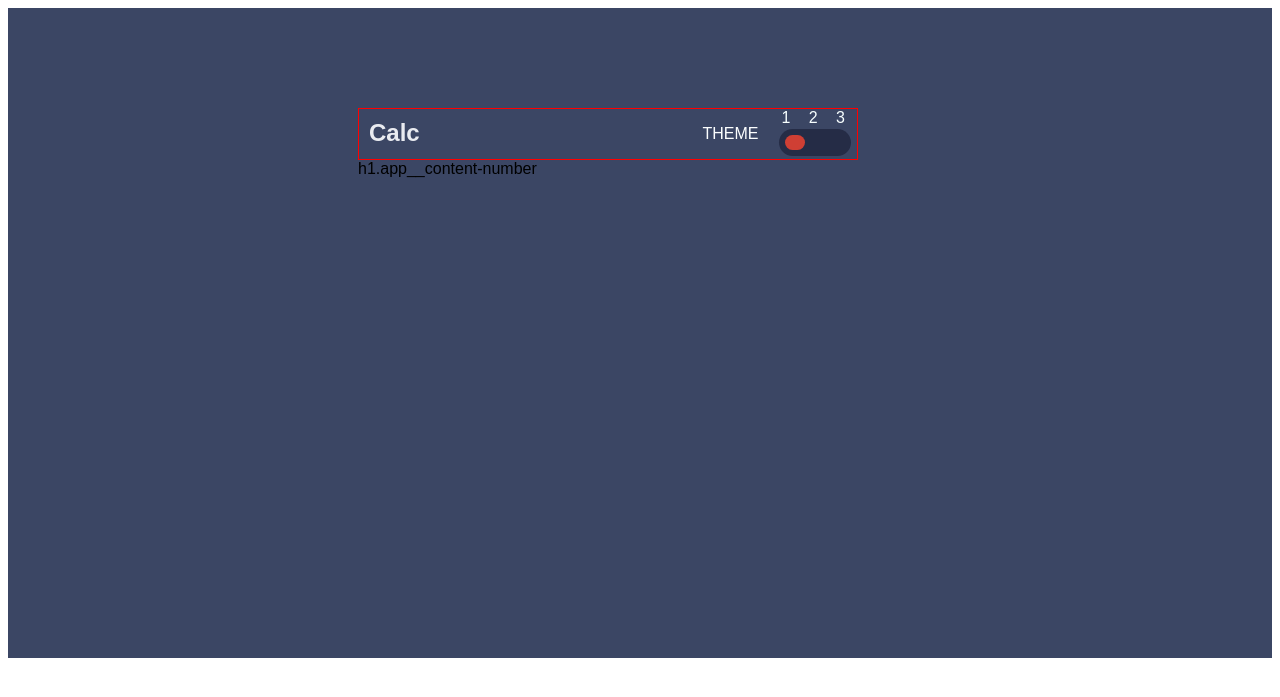
Repository: Bakyproit/Calcutor
Page: SimpleCalculatorApp.html
The author's editor kept a copy of each file at every save. The page is drawn from the files as they stood at one save, then again after a run of saves.
The browser window is 1280 px wide. The pictures show the whole page.

Above is the page before, as saved 2022-02-09 16:02:52.

### SimpleCalculatorApp.html
<!DOCTYPE html>
<html lang="en">
<head>
    <meta charset="UTF-8">
    <meta http-equiv="X-UA-Compatible" content="IE=edge">
    <meta name="viewport" content="width=device-width, initial-scale=1.0">
    <title>SimpleCalculatorApp</title>
    <link rel="stylesheet" href="asset/App.css">
    <link rel="stylesheet" href="asset/grid.css">
</head>
<body>
    <div class="container">
        <div class="app">
            <div class="app__title">
                <h1 class="app__title-name">Calc</h1>
                <div class="app__title-theme">
                    <p class="app__title-theme-name">THEME</p>
                    <div class="app__title-theme-box">
                        <div class="app__title-theme-box-number">
                            <span class="app__title-theme-box-number-1">1</span>
                            <span class="app__title-theme-box-number-2">2</span>
                            <span class="app__title-theme-box-number-3">3</span>
                        </div>
                        <div class="app__title-theme-box-toggle">
                            <label for="toggle-input" class="toggle">
                                <input type="checkbox" id="toggle-input" class="toggle__checkbox">
                                <div class="toggle__bar">
                                    <div class="toggle__spin"></div>
                                </div>
                            </label>
                        </div>
                    </div>
                </div>
            </div>

            <div class="app__content">
                h1.app__content-number
            </div>
        </div>
    </div>
</body>
</html>

### asset/App.css
html{
    font-family:Arial, Helvetica, sans-serif ;
    box-sizing: border-box;
    padding: 0 ;
    margin: 0;
}
h1{
    margin: 0;
}

.container{
    height: 650px;
    width: 100%;
    background-color: #3b4664;
    position: relative;
}
.app{
    width: 500px;
    position:absolute ;
    top:100px ;
    left:350px;

}
.app__title{
    border:1px solid red ;
    display: flex;
    justify-content:space-between;

}
.app__title-name{
    color : #e9ebf0 ;
    font-size: 24px;
    padding: 10px;
}
.app__title-theme{
    display: flex;
}
.app__title-theme-name{
    color :20px ;
    color:#fcfeff ;
    margin-right: 16px;
}
.app__title-theme-box{
    display: flex;
    flex-direction: column;
    padding-right: 5px;
}
.app__title-theme-box-number{
    color : #f8ffff ;
}
.app__title-theme-box-number-1{
    padding: 0 7px;
}
.app__title-theme-box-number-2{
    padding: 0 7px;

}
.app__title-theme-box-number-3{
    padding: 0 7px;

}
.app__title-theme-box-toggle{
    padding-top: 2px;
    padding-left: 5px;
}
.toggle__checkbox{
    display: none;
}
.toggle__bar{
    width: 60px;
    height: 15px;
    background-color: #252c46;
    border-radius: 5rem;
    /* transition: background-color 4s linear; */
    padding: 6px;
}
.toggle__spin{
    width: 20px;
    height: 15px;
    background-color: #cf3f34;
    border-radius: 3rem;
    transition: transform .3s linear;
}
.toggle__checkbox:checked ~ .toggle__bar{
    background-color: #a2aac6;
}
.toggle__checkbox:checked + .toggle__bar .toggle__spin {
    transform: translateX(2.5rem);
}

### asset/grid.css
.grid {
    width: 100%;
    display: block;
    padding: 0;

}

.grid.wide {
    max-width: 1200px;
    margin: 0 auto;
}

.row {
    display: flex;
    flex-wrap: wrap;
    margin-left: -4px;
    margin-right: -4px;
}

.row.no-gutters {
    margin-left: 0;
    margin-right: 0;
}

.col {
    padding-left: 4px;
    padding-right: 4px;
}

.row.no-gutters .col {
    padding-left: 0;
    padding-right: 0;
}

.c-0 {
    display: none;
}

.c-1 {
    flex: 0 0 8.33333%;
    max-width: 8.33333%;
}

.c-2 {
    flex: 0 0 16.66667%;
    max-width: 16.66667%;
}

.c-3 {
    flex: 0 0 25%;
    max-width: 25%;
}

.c-4 {
    flex: 0 0 33.33333%;
    max-width: 33.33333%;
}

.c-5 {
    flex: 0 0 41.66667%;
    max-width: 41.66667%;
}

.c-6 {
    flex: 0 0 50%;
    max-width: 50%;
}

.c-7 {
    flex: 0 0 58.33333%;
    max-width: 58.33333%;
}

.c-8 {
    flex: 0 0 66.66667%;
    max-width: 66.66667%;
}

.c-9 {
    flex: 0 0 75%;
    max-width: 75%;
}

.c-10 {
    flex: 0 0 83.33333%;
    max-width: 83.33333%;
}

.c-11 {
    flex: 0 0 91.66667%;
    max-width: 91.66667%;
}

.c-12 {
    flex: 0 0 100%;
    max-width: 100%;
}

.c-o-1 {
    margin-left: 8.33333%;
}

.c-o-2 {
    margin-left: 16.66667%;
}

.c-o-3 {
    margin-left: 25%;
}

.c-o-4 {
    margin-left: 33.33333%;
}

.c-o-5 {
    margin-left: 41.66667%;
}

.c-o-6 {
    margin-left: 50%;
}

.c-o-7 {
    margin-left: 58.33333%;
}

.c-o-8 {
    margin-left: 66.66667%;
}

.c-o-9 {
    margin-left: 75%;
}

.c-o-10 {
    margin-left: 83.33333%;
}

.c-o-11 {
    margin-left: 91.66667%;
}

/* >= Tablet */
@media (min-width: 740px) {
    .row {
        margin-left: -8px;
        margin-right: -8px;
    }

    .col {
        padding-left: 8px;
        padding-right: 8px;
    }

    .m-0 {
        display: none;
    }

    .m-1,
    .m-2,
    .m-3,
    .m-4,
    .m-5,
    .m-6,
    .m-7,
    .m-8,
    .m-9,
    .m-10,
    .m-11,
    .m-12 {
        display: block;
    }

    .m-1 {
        flex: 0 0 8.33333%;
        max-width: 8.33333%;
    }

    .m-2 {
        flex: 0 0 16.66667%;
        max-width: 16.66667%;
    }

    .m-3 {
        flex: 0 0 25%;
        max-width: 25%;
    }

    .m-4 {
        flex: 0 0 33.33333%;
        max-width: 33.33333%;
    }

    .m-5 {
        flex: 0 0 41.66667%;
        max-width: 41.66667%;
    }

    .m-6 {
        flex: 0 0 50%;
        max-width: 50%;
    }

    .m-7 {
        flex: 0 0 58.33333%;
        max-width: 58.33333%;
    }

    .m-8 {
        flex: 0 0 66.66667%;
        max-width: 66.66667%;
    }

    .m-9 {
        flex: 0 0 75%;
        max-width: 75%;
    }

    .m-10 {
        flex: 0 0 83.33333%;
        max-width: 83.33333%;
    }

    .m-11 {
        flex: 0 0 91.66667%;
        max-width: 91.66667%;
    }

    .m-12 {
        flex: 0 0 100%;
        max-width: 100%;
    }

    .m-o-1 {
        margin-left: 8.33333%;
    }

    .m-o-2 {
        margin-left: 16.66667%;
    }

    .m-o-3 {
        margin-left: 25%;
    }

    .m-o-4 {
        margin-left: 33.33333%;
    }

    .m-o-5 {
        margin-left: 41.66667%;
    }

    .m-o-6 {
        margin-left: 50%;
    }

    .m-o-7 {
        margin-left: 58.33333%;
    }

    .m-o-8 {
        margin-left: 66.66667%;
    }

    .m-o-9 {
        margin-left: 75%;
    }

    .m-o-10 {
        margin-left: 83.33333%;
    }

    .m-o-11 {
        margin-left: 91.66667%;
    }
}

/* PC medium resolution > */
@media (min-width: 1113px) {
    .row {
        margin-left: -6px;
        margin-right: -6px;
    }

    .row.sm-gutter {
        margin-left: -5px;
        margin-right: -5px;
    }

    .col {
        padding-left: 6px;
        padding-right: 6px;
    }

    .row.sm-gutter .col {
        padding-left: 5px;
        padding-right: 5px;
    }

    .l-0 {
        display: none;
    }

    .l-1,
    .l-2,
    .l-2-4,
    .l-3,
    .l-4,
    .l-5,
    .l-6,
    .l-7,
    .l-8,
    .l-9,
    .l-10,
    .l-11,
    .l-12 {
        display: block;
    }

    .l-1 {
        flex: 0 0 8.33333%;
        max-width: 8.33333%;
    }

    .l-2 {
        flex: 0 0 16.66667%;
        max-width: 16.66667%;
    }

    .l-2-4 {
        flex: 0 0 20%;
        max-width: 20%;
    }

    .l-3 {
        flex: 0 0 25%;
        max-width: 25%;
    }

    .l-4 {
        flex: 0 0 33.33333%;
        max-width: 33.33333%;
    }

    .l-5 {
        flex: 0 0 41.66667%;
        max-width: 41.66667%;
    }

    .l-6 {
        flex: 0 0 50%;
        max-width: 50%;
    }

    .l-7 {
        flex: 0 0 58.33333%;
        max-width: 58.33333%;
    }

    .l-8 {
        flex: 0 0 66.66667%;
        max-width: 66.66667%;
    }

    .l-9 {
        flex: 0 0 75%;
        max-width: 75%;
    }

    .l-10 {
        flex: 0 0 83.33333%;
        max-width: 83.33333%;
    }

    .l-11 {
        flex: 0 0 91.66667%;
        max-width: 91.66667%;
    }

    .l-12 {
        flex: 0 0 100%;
        max-width: 100%;
    }

    .l-o-1 {
        margin-left: 8.33333%;
    }

    .l-o-2 {
        margin-left: 16.66667%;
    }

    .l-o-3 {
        margin-left: 25%;
    }

    .l-o-4 {
        margin-left: 33.33333%;
    }

    .l-o-5 {
        margin-left: 41.66667%;
    }

    .l-o-6 {
        margin-left: 50%;
    }

    .l-o-7 {
        margin-left: 58.33333%;
    }

    .l-o-8 {
        margin-left: 66.66667%;
    }

    .l-o-9 {
        margin-left: 75%;
    }

    .l-o-10 {
        margin-left: 83.33333%;
    }

    .l-o-11 {
        margin-left: 91.66667%;
    }
}

/* Tablet - PC low resolution */
@media (min-width: 740px) and (max-width: 1023px) {
    .wide {
        width: 644px;
    }
}

/* > PC low resolution */
@media (min-width: 1024px) and (max-width: 1239px) {
    .wide {
        width: 984px;
    }

    .wide .row {
        margin-left: -12px;
        margin-right: -12px;
    }

    .wide .row.sm-gutter {
        margin-left: -5px;
        margin-right: -5px;
    }

    .wide .col {
        padding-left: 12px;
        padding-right: 12px;
    }

    .wide .row.sm-gutter .col {
        padding-left: 5px;
        padding-right: 5px;
    }

    .wide .l-0 {
        display: none;
    }

    .wide .l-1,
    .wide .l-2,
    .wide .l-2-4,
    .wide .l-3,
    .wide .l-4,
    .wide .l-5,
    .wide .l-6,
    .wide .l-7,
    .wide .l-8,
    .wide .l-9,
    .wide .l-10,
    .wide .l-11,
    .wide .l-12 {
        display: block;
    }

    .wide .l-1 {
        flex: 0 0 8.33333%;
        max-width: 8.33333%;
    }

    .wide .l-2 {
        flex: 0 0 16.66667%;
        max-width: 16.66667%;
    }

    .wide .l-2-4 {
        flex: 0 0 20%;
        max-width: 20%;
    }

    .wide .l-3 {
        flex: 0 0 25%;
        max-width: 25%;
    }

    .wide .l-4 {
        flex: 0 0 33.33333%;
        max-width: 33.33333%;
    }

    .wide .l-5 {
        flex: 0 0 41.66667%;
        max-width: 41.66667%;
    }

    .wide .l-6 {
        flex: 0 0 50%;
        max-width: 50%;
    }

    .wide .l-7 {
        flex: 0 0 58.33333%;
        max-width: 58.33333%;
    }

    .wide .l-8 {
        flex: 0 0 66.66667%;
        max-width: 66.66667%;
    }

    .wide .l-9 {
        flex: 0 0 75%;
        max-width: 75%;
    }

    .wide .l-10 {
        flex: 0 0 83.33333%;
        max-width: 83.33333%;
    }

    .wide .l-11 {
        flex: 0 0 91.66667%;
        max-width: 91.66667%;
    }

    .wide .l-12 {
        flex: 0 0 100%;
        max-width: 100%;
    }

    .wide .l-o-1 {
        margin-left: 8.33333%;
    }

    .wide .l-o-2 {
        margin-left: 16.66667%;
    }

    .wide .l-o-3 {
        margin-left: 25%;
    }

    .wide .l-o-4 {
        margin-left: 33.33333%;
    }

    .wide .l-o-5 {
        margin-left: 41.66667%;
    }

    .wide .l-o-6 {
        margin-left: 50%;
    }

    .wide .l-o-7 {
        margin-left: 58.33333%;
    }

    .wide .l-o-8 {
        margin-left: 66.66667%;
    }

    .wide .l-o-9 {
        margin-left: 75%;
    }

    .wide .l-o-10 {
        margin-left: 83.33333%;
    }

    .wide .l-o-11 {
        margin-left: 91.66667%;
    }
}

After the next 3 saves:
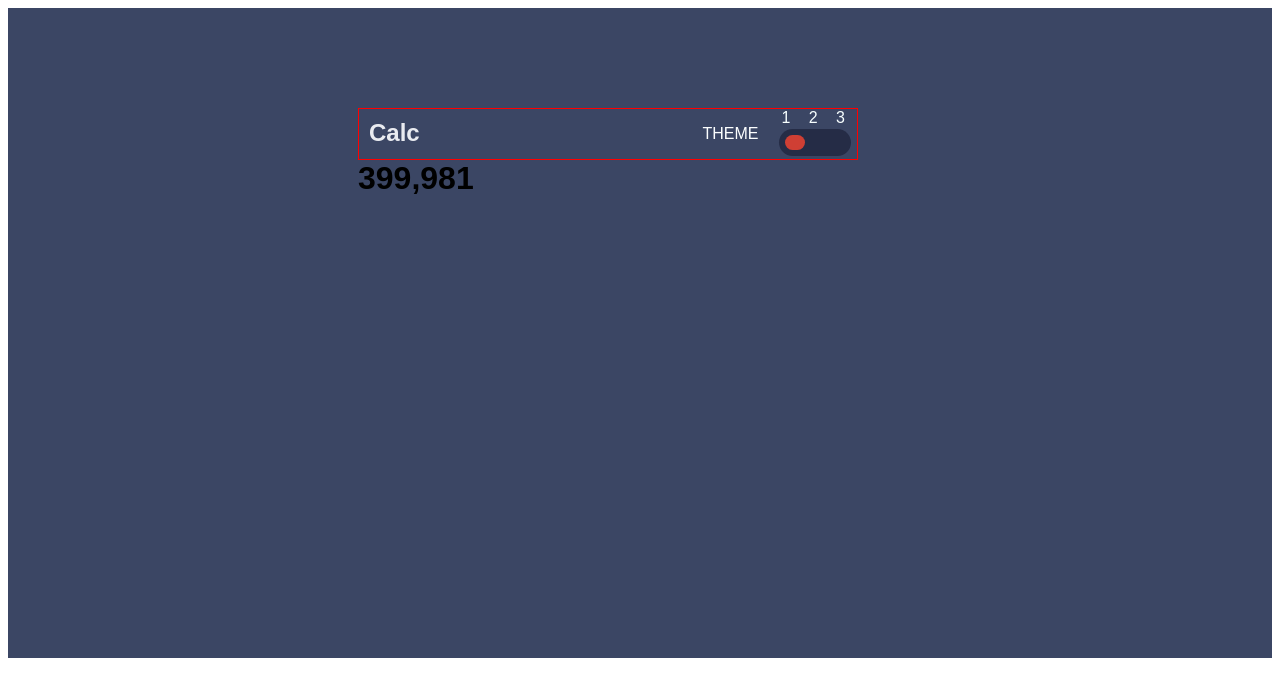
The 3 saves are shown as one change because they came seconds apart.
The last was saved 9 s later.
--- a/SimpleCalculatorApp.html
+++ b/SimpleCalculatorApp.html
@@ -34,7 +34,7 @@
             </div>
 
             <div class="app__content">
-                h1.app__content-number
+                <h1 class="app__content-number">399,981</h1>
             </div>
         </div>
     </div>
